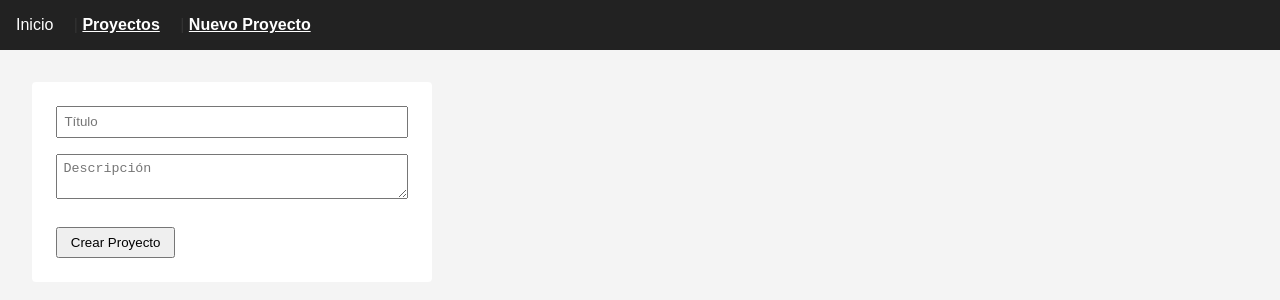
Repository: osoriomrs/ICS_IA
Page: /projects/new (app in EJER_10.2/)
The author's editor kept a copy of each file at every save. The page is drawn from the files as they stood at one save, then again after the next save.
The browser window is 1280 px wide. The pictures show the whole page.
The project was rebuilt for these pictures with package versions that can differ from the ones it lists, and the page was loaded fresh each time. Also part of the build but not shown: EJER_10.2/vite.config.js, EJER_10.2/src/routes/HomePage.jsx, EJER_10.2/src/components/ProjectList.jsx, EJER_10.2/src/routes/ProjectsPage.jsx, EJER_10.2/src/components/TaskList.jsx, EJER_10.2/src/routes/ProjectDetailsPage.jsx, EJER_10.2/src/routes/NewTaskPage.jsx.

Above is the page before, as saved 2026-01-26 11:56:48.

After the next save:
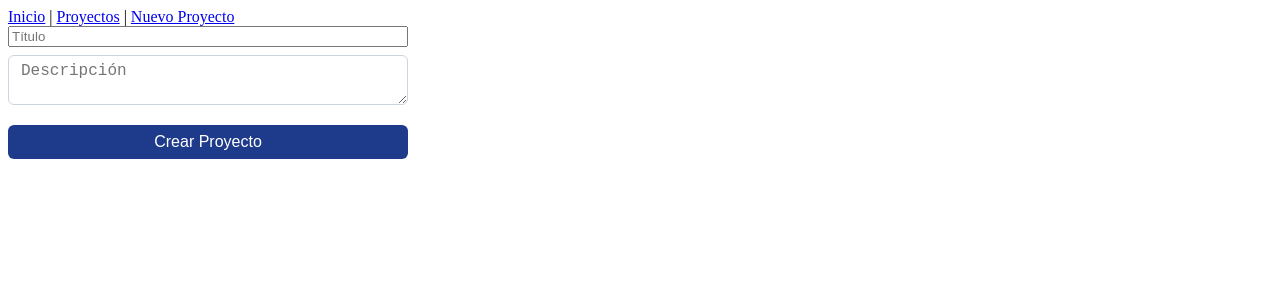
Saved 78 s later.
--- a/EJER_10.2/src/index.css
+++ b/EJER_10.2/src/index.css
@@ -1,71 +1,39 @@
-* {
-  box-sizing: border-box;
-  margin: 0;
-  padding: 0;
+button {
+  padding: 8px 16px;
+  font-size: 1rem;
+  border-radius: 6px;
+  border: none;
+  background-color: #1e3a8a; /* azul marino */
+  color: white;
+  cursor: pointer;
+  transition: background-color 0.2s, transform 0.1s;
 }
 
-body {
-  font-family: Arial, Helvetica, sans-serif;
-  background-color: #f4f4f4;
-  color: #333;
+button:hover {
+  background-color: #3746a0;
+  transform: scale(1.05);
 }
 
-nav {
-  background-color: #222;
-  padding: 1rem;
+button:disabled {
+  background-color: #9ca3af;
+  cursor: not-allowed;
 }
 
-nav a {
-  color: white;
-  margin-right: 1rem;
-  text-decoration: none;
-}
-
-nav a.active {
-  font-weight: bold;
-  text-decoration: underline;
-}
-
-main {
-  padding: 2rem;
-}
-
-h1, h2, h3 {
-  margin-bottom: 1rem;
-}
-
-p {
-  margin-bottom: 1rem;
-}
-
-ul {
-  list-style: none;
-  margin-top: 1rem;
-}
-
-li {
-  background: white;
-  padding: 1rem;
-  margin-bottom: 0.5rem;
-  border-radius: 4px;
-}
-
-button {
-  margin-top: 0.5rem;
-  margin-right: 0.5rem;
-  padding: 0.4rem 0.8rem;
-  cursor: pointer;
+input[type="text"],
+input[type="number"],
+textarea {
+  padding: 6px 12px;
+  font-size: 1rem;
+  border-radius: 6px;
+  border: 1px solid #cbd5e1;
+  width: 100%;
+  box-sizing: border-box;
+  margin-bottom: 12px;
 }
 
 form {
-  background: white;
-  padding: 1.5rem;
-  border-radius: 4px;
+  display: flex;
+  flex-direction: column;
+  gap: 8px;
   max-width: 400px;
 }
-
-input, textarea {
-  width: 100%;
-  margin-bottom: 1rem;
-  padding: 0.4rem;
-}
